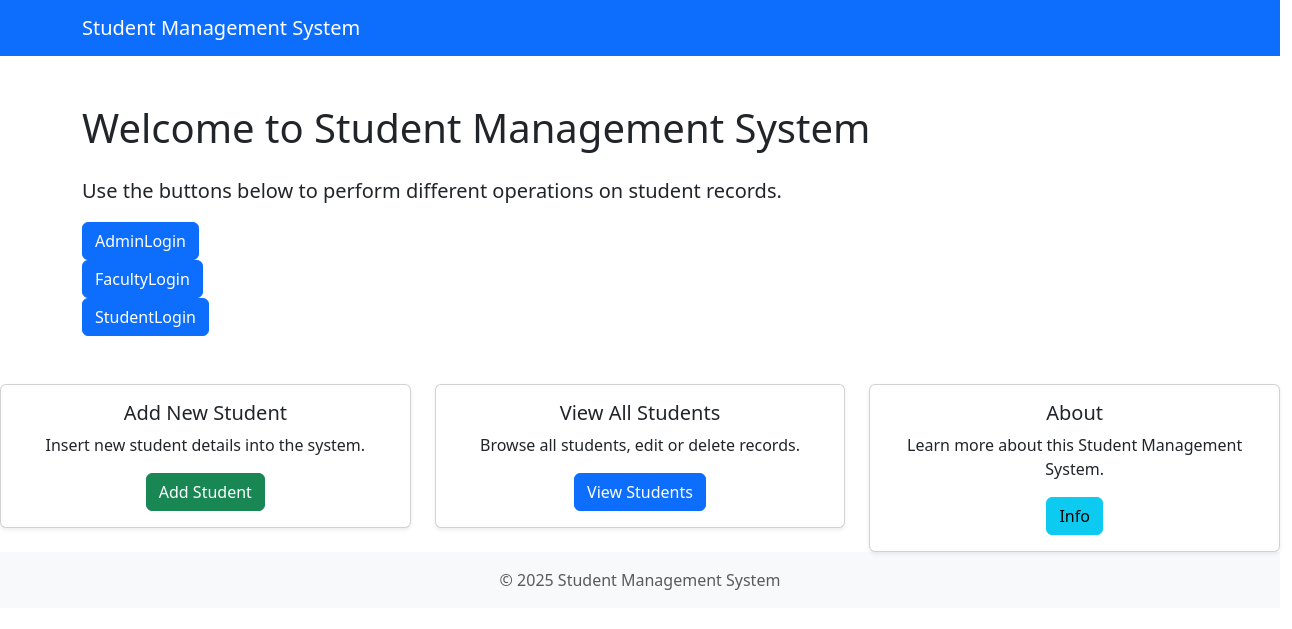
Repository: BorudePiyush/StudentMANAGEMENTSystem-using-java
Page: http://localhost/Student_management_systems/
The author's editor kept a copy of each file at every save. The page is drawn from the files as they stood at one save, then again after the next save.
The browser window is 1280 px wide. The page is 1292 px wide, so the pictures cover 1292 px, including what lies to the right of the window. The pictures show the whole page.
The page is served by Tomcat 10. Other server files are loaded and not shown.

Above is the page before, as saved 2025-06-07 11:11:37.

### Student management systems/src/main/webapp/index.html
<!DOCTYPE html>
<html lang="en">
<head>
<meta charset="ISO-8859-1">
 <meta charset="UTF-8" />
  <meta name="viewport" content="width=device-width, initial-scale=1" />
  <title>Student Management System - Dashboard</title>
  <link
    href="https://cdn.jsdelivr.net/npm/bootstrap@5.3.2/dist/css/bootstrap.min.css"
    rel="stylesheet"
  />
</head>
<body>
  <nav class="navbar navbar-expand-lg navbar-dark bg-primary">
    <div class="container">
      <a class="navbar-brand" href="#">Student Management System</a>
    </div>
  </nav>

  <div class="container mt-5">
    <h1 class="mb-4">Welcome to Student Management System</h1>
    <p class="lead">
      Use the buttons below to perform different operations on student records.
    </p>
    </div>


<div class="container g-4">
    <a href="AdminLogin" class="btn btn-primary">AdminLogin</a>
    </div>
    <div class="container">
    <a href="FacultyLogin" class="btn btn-primary">FacultyLogin</a>
    </div>
    <div class="container">
    <a href="StudentLogin" class="btn btn-primary">StudentLogin</a>
    </div>


    <div class="row g-4 mt-4">
      <div class="col-md-4">
        <div class="card shadow-sm">
          <div class="card-body text-center">
            <h5 class="card-title">Add New Student</h5>
            <p class="card-text">Insert new student details into the system.</p>
            <a href="AddStudent.jsp" class="btn btn-success">Add Student</a>
          </div>
        </div>
      </div>

      <div class="col-md-4">
        <div class="card shadow-sm">
          <div class="card-body text-center">
            <h5 class="card-title">View All Students</h5>
            <p class="card-text">Browse all students, edit or delete records.</p>
            <a href="ViewStudentsServlet" class="btn btn-primary">View Students</a>
          </div>
        </div>
      </div>

      <div class="col-md-4">
        <div class="card shadow-sm">
          <div class="card-body text-center">
            <h5 class="card-title">About</h5>
            <p class="card-text">Learn more about this Student Management System.</p>
            <a href="#" class="btn btn-info" onclick="alert('This is a simple Java Servlet + JSP Student Management System project.')">Info</a>
          </div>
        </div>
      </div>
    </div>
  </div>

  <footer class="footer mt-auto py-3 bg-light text-center">
    <div class="container">
      <span class="text-muted">&copy; 2025 Student Management System</span>
    </div>
  </footer>

</body>
</html>

After the next save:
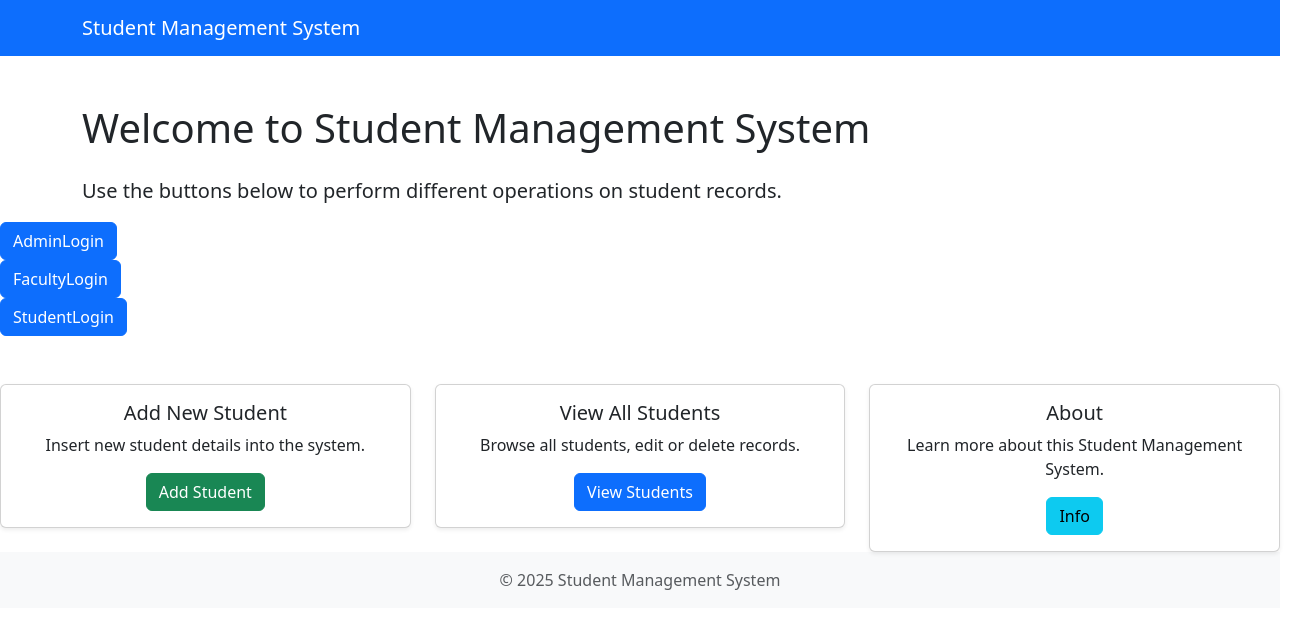
Saved 88 s later.
--- a/Student management systems/src/main/webapp/index.html
+++ b/Student management systems/src/main/webapp/index.html
@@ -25,13 +25,13 @@
     </div>
 
 
-<div class="container g-4">
+<div class="col-md-4 ">
     <a href="AdminLogin" class="btn btn-primary">AdminLogin</a>
     </div>
-    <div class="container">
+    <div class="col-md-4">
     <a href="FacultyLogin" class="btn btn-primary">FacultyLogin</a>
     </div>
-    <div class="container">
+    <div class="col-md-4">
     <a href="StudentLogin" class="btn btn-primary">StudentLogin</a>
     </div>
 
